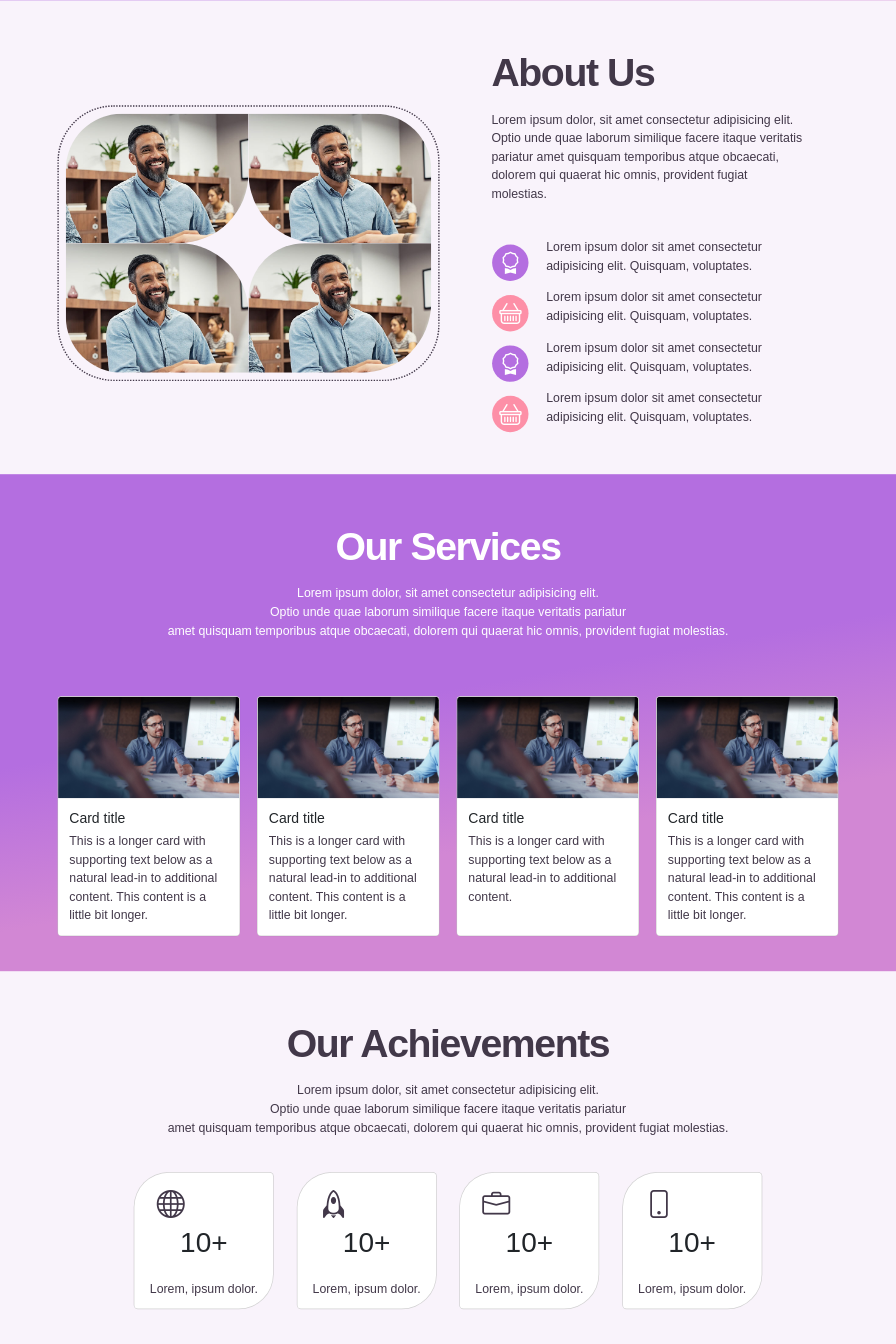
Repository: tagnam/project27012025
Page: index.html
These files come from the project's save history. The page is drawn as it stood at one moment and after a run of saves; the edit follows.
The browser window is 1280 px wide. The pictures show the part of the page from y = 739 to 2659 px (the page is 2659 px tall), at 70% of full size.

Above is the page before, as saved 2025-01-28 12:24:57.

### index.html
<!DOCTYPE html>
<html lang="en">
    <head>
        <meta charset="UTF-8" />
        <meta name="viewport" content="width=device-width, initial-scale=1.0" />
        <link href="https://cdn.jsdelivr.net/npm/bootstrap@5.3.3/dist/css/bootstrap.min.css" rel="stylesheet" integrity="sha384-QWTKZyjpPEjISv5WaRU9OFeRpok6YctnYmDr5pNlyT2bRjXh0JMhjY6hW+ALEwIH" crossorigin="anonymous" />
        <link rel="stylesheet" href="style/css/index.css" />
        <link rel="stylesheet" href="style/css/animation.css" />
        <link rel="stylesheet" href="style/css/responsive.css" />
        <title>project27012025</title>
    </head>
    <body>
        <header>
            <!-- --------------------------------------------start nav bar ------------------------------->
            <nav class="navbar navbar-expand-lg custom-nav">
                <div class="container">
                    <div class="collapse navbar-collapse justify-content-between" id="navbarSupportedContent">
                        <a class="navbar-brand" href="#">Navbar</a>
                        <ul class="navbar-nav">
                            <li class="nav-item">
                                <a class="nav-link" href="#"><i class="bi bi-facebook"></i></a>
                            </li>
                            <li class="nav-item">
                                <a class="nav-link" href="#"><i class="bi bi-instagram"></i></a>
                            </li>
                            <li class="nav-item">
                                <a class="nav-link" href="#"><i class="bi bi-twitter"></i></a>
                            </li>
                        </ul>
                        <div class="d-flex">
                            <div class="menu-container" type="button" data-bs-toggle="offcanvas" data-bs-target="#offcanvasExample" aria-controls="offcanvasExample">
                                <span class="span-menu-01 menu-icon"></span>
                                <span class="span-menu-02 menu-icon"></span>
                                <span class="span-menu-03 menu-icon"></span>
                            </div>
                        </div>
                    </div>
                </div>
            </nav>

            <!-- ------------------------------start offcanvas ---------------------------------------->
            <div class="offcanvas offcanvas-start" tabindex="-1" id="offcanvasExample" aria-labelledby="offcanvasExampleLabel">
                <div class="offcanvas-header">
                    <h5 class="offcanvas-title" id="offcanvasExampleLabel">Offcanvas</h5>
                    <button type="button" class="btn-close text-reset" data-bs-dismiss="offcanvas" aria-label="Close"></button>
                </div>
                <div class="offcanvas-body">
                    <div>
                        Some text as placeholder. In real life you can have the elements you have chosen. Like, text, images, lists, etc.
                    </div>
                    <div class="dropdown mt-3">
                        <button class="btn btn-secondary dropdown-toggle" type="button" id="dropdownMenuButton" data-bs-toggle="dropdown">
                            Dropdown button
                        </button>
                        <ul class="dropdown-menu" aria-labelledby="dropdownMenuButton">
                            <li><a class="dropdown-item" href="#">Action</a></li>
                            <li><a class="dropdown-item" href="#">Another action</a></li>
                            <li><a class="dropdown-item" href="#">Something else here</a></li>
                        </ul>
                    </div>
                </div>
            </div>
            <!-- -----------------------------end offcanvas ------------------------------------------->
            <!------------------------------------------------ end navbar ----------------------------->
        </header>
        <section class="hero-section">
            <div class="container" style="height: 100%;">
                <div class="row">
                    <div class="col-lg-6 col-md-6 col-sm-12">
                        <div class="banner-content">
                            <h1>Lorem ipsum dolor dolor sit amet, consectetur</h1>
                            <p>
                                Lorem ipsum dolor sit amet, consectetur adipisicing elit. Doloribus in culpa ipsa, amet ad<br />
                                eveniet. Fugiat architecto atque consequuntur repellendus!
                            </p>
                            <button class="btn btn-primary">Get Started</button>
                        </div>
                    </div>
                    <div class="col-lg-6 col-md-6 col-sm-12">
                        <div class="banner-img d-flex justify-content-end">
                            <img src="image/hero-banner-01.webp" class="w-100" alt="" />
                        </div>
                    </div>
                </div>

            </div>
        </section>
        <section class="client-section">
            <div class="container-fluid">
                <div class="row row-cols-3 row-cols-md-6 g-4">
                    <div class="col client-logo">
                        <a class="navbar-brand w-25" href="#">Navbar</a>
                    </div>
                    <div class="col client-logo">
                        <a class="navbar-brand w-25" href="#">Navbar</a>
                    </div>
                    <div class="col client-logo">
                        <a class="navbar-brand w-25" href="#">Navbar</a>
                    </div>
                    <div class="col client-logo">
                        <a class="navbar-brand w-25" href="#">Navbar</a>
                    </div>
                    <div class="col client-logo">
                        <a class="navbar-brand w-25" href="#">Navbar</a>
                    </div>
                    <div class="col client-logo">
                        <a class="navbar-brand w-25" href="#">Navbar</a>
                    </div>
                </div>
            </div>
        </section>

        <section>
            <div class="container">
                <div class="row">
                    <div class="col-lg-6 col-md-6 col-sm-12">
                        <div class="about-row row row-cols-1 row-cols-md-2 g-0">
                            <div class="col">
                                <div class="img">
                                    <img src="image/elearning-08.jpg" class="about-row-img-01 w-100" alt="" />
                                </div>
                            </div>
                            <div class="col">
                                <div class="img">
                                    <img src="image/elearning-08.jpg" class="about-row-img-02 w-100" alt="" />
                                </div>
                            </div>
                            <div class="col">
                                <div class="img">
                                    <img src="image/elearning-08.jpg" class="about-row-img-03 w-100" alt="" />
                                </div>
                            </div>
                            <div class="col">
                                <div class="img">
                                    <img src="image/elearning-08.jpg" class="about-row-img-04 w-100" alt="" />
                                </div>
                            </div>
                        </div>
                    </div>
                    <div class="col-lg-6 col-md-6 col-sm-12">
                        <div class="about-content">
                            <div class="main-heading">
                                <h2>About Us</h2>
                                <p>
                                    Lorem ipsum dolor, sit amet consectetur adipisicing elit. Optio unde quae laborum similique facere itaque veritatis pariatur amet quisquam temporibus atque obcaecati, dolorem qui quaerat hic omnis,
                                    provident fugiat molestias.
                                </p>
                            </div>
                            <div class="about-list">
                                <div class="row">
                                    <div class="col-md-2">
                                        <div class="about-icon">
                                            <i class="bi bi-award"></i>
                                        </div>
                                    </div>
                                    <div class="col-md-10">
                                        <div class="about-text">
                                            <p>Lorem ipsum dolor sit amet consectetur adipisicing elit. Quisquam, voluptates.</p>
                                        </div>
                                    </div>
                                </div>
                                <div class="row">
                                    <div class="col-md-2">
                                        <div class="about-icon">
                                            <i class="bi bi-basket"></i>
                                        </div>
                                    </div>
                                    <div class="col-md-10">
                                        <div class="about-text">
                                            <p>Lorem ipsum dolor sit amet consectetur adipisicing elit. Quisquam, voluptates.</p>
                                        </div>
                                    </div>
                                </div>
                                <div class="row">
                                    <div class="col-md-2">
                                        <div class="about-icon">
                                            <i class="bi bi-award"></i>
                                        </div>
                                    </div>
                                    <div class="col-md-10">
                                        <div class="about-text">
                                            <p>Lorem ipsum dolor sit amet consectetur adipisicing elit. Quisquam, voluptates.</p>
                                        </div>
                                    </div>
                                </div>
                                <div class="row">
                                    <div class="col-md-2">
                                        <div class="about-icon">
                                            <i class="bi bi-basket"></i>
                                        </div>
                                    </div>
                                    <div class="col-md-10">
                                        <div class="about-text">
                                            <p>Lorem ipsum dolor sit amet consectetur adipisicing elit. Quisquam, voluptates.</p>
                                        </div>
                                    </div>
                                </div>
                            </div>
                        </div>
                    </div>
                </div>
            </div>
        </section>
        <section class="service-section">
                <div class="container">
                    <div class="main-heading-white">
                        <h2>Our Services</h2>
                        <p>
                            Lorem ipsum dolor, sit amet consectetur adipisicing elit.<br> Optio unde quae laborum similique facere itaque veritatis pariatur <br>amet quisquam temporibus atque obcaecati, dolorem qui quaerat hic omnis,
                            provident fugiat molestias.
                        </p>
                    </div>
                    <div class="row row-cols-1 row-cols-md-4 g-4">
                        <div class="col">
                          <div class="card h-100">
                            <img src="image/business-banner.jpg" class="card-img-top" alt="...">
                            <div class="card-body">
                              <h5 class="card-title">Card title</h5>
                              <p class="card-text">This is a longer card with supporting text below as a natural lead-in to additional content. This content is a little bit longer.</p>
                            </div>
                          </div>
                        </div>
                        <div class="col">
                          <div class="card h-100">
                            <img src="image/business-banner.jpg" class="card-img-top" alt="...">
                            <div class="card-body">
                              <h5 class="card-title">Card title</h5>
                              <p class="card-text">This is a longer card with supporting text below as a natural lead-in to additional content. This content is a little bit longer.</p>
                            </div>
                          </div>
                        </div>
                        <div class="col">
                          <div class="card h-100">
                            <img src="image/business-banner.jpg" class="card-img-top" alt="...">
                            <div class="card-body">
                              <h5 class="card-title">Card title</h5>
                              <p class="card-text">This is a longer card with supporting text below as a natural lead-in to additional content.</p>
                            </div>
                          </div>
                        </div>
                        <div class="col">
                          <div class="card h-100">
                            <img src="image/business-banner.jpg" class="card-img-top" alt="...">
                            <div class="card-body">
                              <h5 class="card-title">Card title</h5>
                              <p class="card-text">This is a longer card with supporting text below as a natural lead-in to additional content. This content is a little bit longer.</p>
                            </div>
                          </div>
                        </div>
                      </div>
                </div>
        </section>
        <section class="counter-section" style="padding: 50px 0px;">
            <div class="container">
                <div class="main-heading" style="margin-bottom: 50px; text-align: center;">
                    <h2>Our Achievements</h2>
                    <p>
                        Lorem ipsum dolor, sit amet consectetur adipisicing elit.<br> Optio unde quae laborum similique facere itaque veritatis pariatur <br>amet quisquam temporibus atque obcaecati, dolorem qui quaerat hic omnis,
                        provident fugiat molestias.
                    </p>
                </div>
                <div class="row justify-content-center">
                    <div class="col-lg-10 ">
                        <div class="row  g-1 justify-content-center">
                            <div class="col" style="display: flex; justify-content: center;">
                                <div class="card counter-card" >
                                    <div class="counter">
                                        <div class="counter-icon">
                                            <i class="bi bi-globe"></i>
                                        </div>
                                        <h1 class="counter-title">10+</h1>
                                        <p class="counter-text">Lorem, ipsum dolor.</p>
                                    </div>
                                </div>
                            </div>
                            <div class="col" style="display: flex; justify-content: center;">
                                <div class="card counter-card" >
                                    <div class="counter">
                                        <div class="counter-icon">
                                            <i class="bi bi-rocket"></i>
                                        </div>
                                        <h1 class="counter-title">10+</h1>
                                        <p class="counter-text">Lorem, ipsum dolor.</p>
                                    </div>
                                </div>
                            </div>
                            <div class="col" style="display: flex; justify-content: center;">
                                <div class="card counter-card" >
                                    <div class="counter">
                                        <div class="counter-icon">
                                            <i class="bi bi-briefcase"></i>
                                        </div>
                                        <h1 class="counter-title">10+</h1>
                                        <p class="counter-text">Lorem, ipsum dolor.</p>
                                    </div>
                                </div>
                            </div>
                            <div class="col" style="display: flex; justify-content: center;">
                                <div class="card counter-card" >
                                    <div class="counter">
                                            <i class="bi bi-phone"></i>

                                        <h1 class="counter-title">10+</h1>
                                        <p class="counter-text">Lorem, ipsum dolor.</p>
                                    </div>
                                </div>
                            </div>
                        </div>
                    </div>
                </div>

            </div>
        </section>
        <script src="https://cdn.jsdelivr.net/npm/bootstrap@5.3.3/dist/js/bootstrap.bundle.min.js" integrity="sha384-YvpcrYf0tY3lHB60NNkmXc5s9fDVZLESaAA55NDzOxhy9GkcIdslK1eN7N6jIeHz" crossorigin="anonymous"></script>
        <script src="style/js/custom.js"></script>
    </body>
</html>

### style/css/index.css
@import url("https://cdn.jsdelivr.net/npm/bootstrap-icons@1.11.3/font/bootstrap-icons.min.css");

*{
 margin: 0;
padding: 0;
box-sizing: border-box;
}

:root{
    --dark-color:#423849;
    --semi-dark-color:#b46ee0;
    --light-color:#fd8fa7;
    --white-color:#fff;
    --main-heading-font-size: 3.5rem;
    --subheading-font-size: 2rem;
    --paragraph-font-size: 1.1rem;
    --body-background-color: #f9f3fb;
}

p{
    margin: 0;
    font-size: var(--paragraph-font-size);
    color: var(--dark-color);
    line-height: 1.5;


}

body{
    font-family: 'Poppins', sans-serif;
    background-color: var(--body-background-color);

}

/* header{
    position: fixed;
    top: 0;
    z-index: 1000;
width: 100%;
} */

.navbar-brand{
    font-size: 1.5rem;
    font-weight: 800;
    color: var(--dark-color);
}

.menu-icon{
    display: block;
    width: 40px;
    height: 6px;
    background-color: var(--dark-color);
    margin: 3px auto;
    border-radius: 20px;
    cursor: pointer;
}


.nav-link .bi{
    font-size: 1.5rem;
    color: var(--dark-color);
}

.banner-content{
    margin: 100px auto;
    padding-right: 100px;
}

.banner-content h1{
    color: var(--dark-color);
    font-weight: 800;
    /* font-size: 55px; */
    font-size: var(--main-heading-font-size);
    letter-spacing: -2px;
    margin: 50px 0px;
}
/* .hero-section{
   background-image: url(/image/business-banner.jpg);
    background-size: cover;
    background-position: center;
    height: 100vh;
} */

.banner-footer-text p{
    color: var(--dark-color);

}


.client-section{
    background: linear-gradient(-190deg, rgba(180,110,224,1) 45%, rgba(210,135,212,1) 70%);
    padding: 20px 0px;
    overflow: hidden;
}

.client-logo{
    display: flex;
    justify-content: center;
    align-items: center;
    flex-wrap: wrap;
    color: var(--white-color);
}
.about-row {
    border: 2px dotted var(--dark-color);
    padding: 10px;
    border-radius: 80px;
    margin-top: 150px;
}

.about-row-img-01{
    border-top-left-radius: 80px;
    border-bottom-right-radius: 100px;
}


.about-row-img-02{
    border-top-right-radius: 80px;
    border-bottom-left-radius: 100px;
}

.about-row-img-03{
    border-bottom-left-radius: 80px;
    border-top-right-radius: 100px;
}

.about-row-img-04{
    border-top-left-radius: 80px;
    border-bottom-right-radius: 100px;
}


.about-content{
    padding: 50px;
}

.main-heading h2{
    color: var(--dark-color);
    font-weight: 800;
    /* font-size: 55px; */
    font-size: var(--main-heading-font-size);
    letter-spacing: -2px;
    margin: 20px 0px;
}

.about-list{
    margin-top: 50px;
}

.about-icon{
    display: flex;
    justify-content: center;
    align-items: center;
}

.about-icon .bi{
    font-size: 2rem;
    color: var(--white-color);
    display: flex;
}

.about-icon .bi-award{
    background-color: var(--semi-dark-color);
    padding: 10px;
    margin: 10px;
    border-radius: 55px;

}

.about-icon .bi-basket{
    background-color: var(--light-color);
    padding: 10px;
    margin: 10px;
    border-radius: 55px;

}

.service-section{
    background: linear-gradient(-190deg, rgba(180,110,224,1) 45%, rgba(210,135,212,1) 70%);
    padding: 50px 0px;
}
.main-heading-white{
    margin-bottom: 80px;
}

.main-heading-white h2{
    color: var(--white-color);
    font-weight: 800;
    /* font-size: 55px; */
    font-size: var(--main-heading-font-size);
    letter-spacing: -2px;
    margin: 20px 0px;
    text-align: center ;

}

.main-heading-white p{
    color: var(--white-color);
    font-size: var(--paragraph-font-size);
    text-align: center;
}

.counter-card{
    width: 200px;
    /* height: 200px; */
    display: flex;
    justify-content: center;
    align-items: center;
    padding: 15px;
    border-top-left-radius: 50px;
    border-bottom-right-radius: 50px;
}

.counter{
  text-align: center;

}

.counter .bi{
    font-size: 2.5rem;
    color: var(--dark-color);
    display: flex;
    margin: 10px;
}

.counter-text{
    margin-top: 30px;

}

Loaded but not shown: style/js/custom.js (no copy from this time; the picture is the same without it); style/css/animation.css (no stored copy; drawn as an empty file); style/css/responsive.css (no stored copy; drawn as an empty file)

After the next 11 saves:
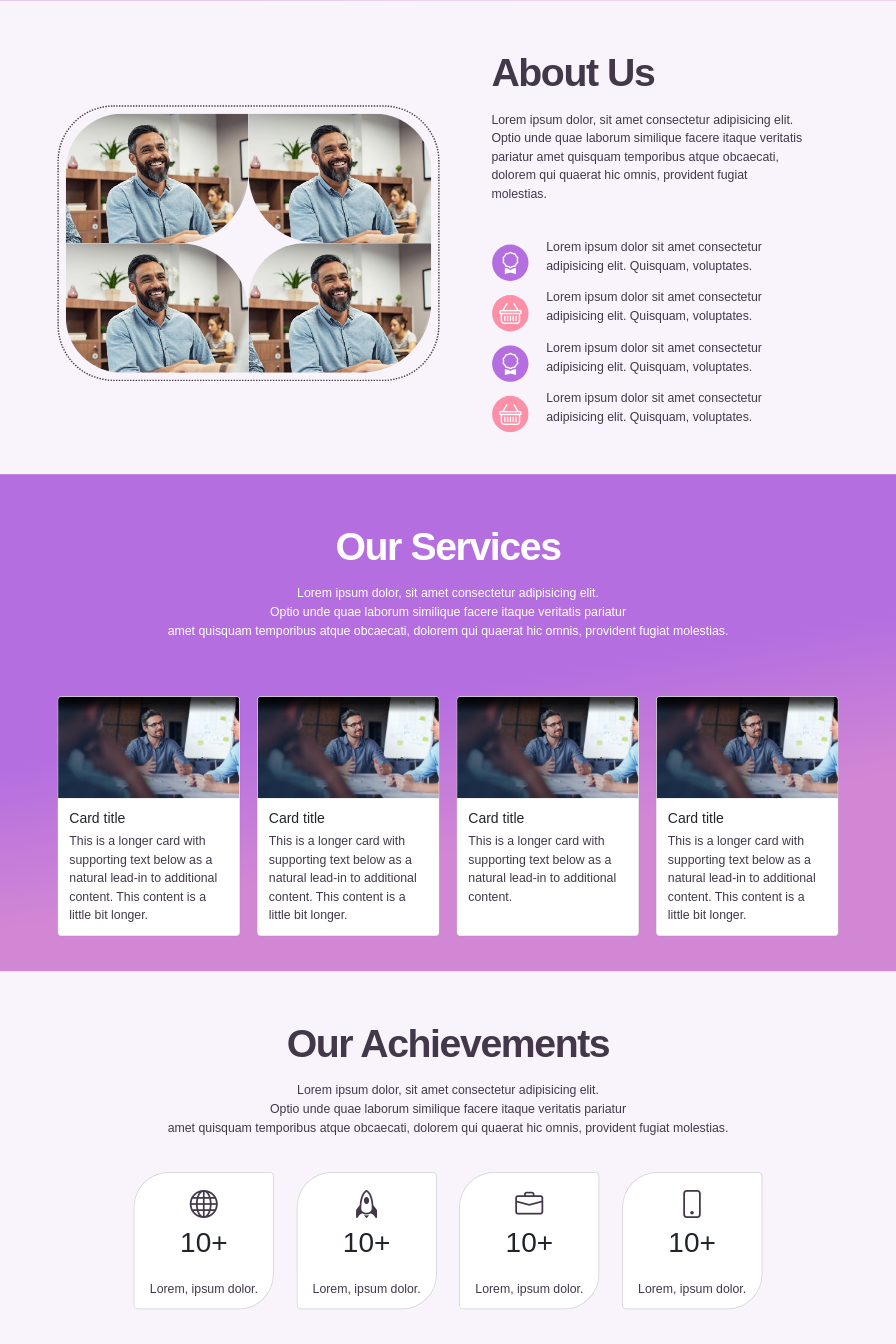
The 11 saves are shown as one change because they came seconds apart.
The last was saved 80 s later.
--- a/style/css/index.css
+++ b/style/css/index.css
@@ -220,6 +220,9 @@ width: 100%;
     color: var(--dark-color);
     display: flex;
     margin: 10px;
+    justify-content: center;
+    align-items: center;
+    flex: wrap
 }
 
 .counter-text{
